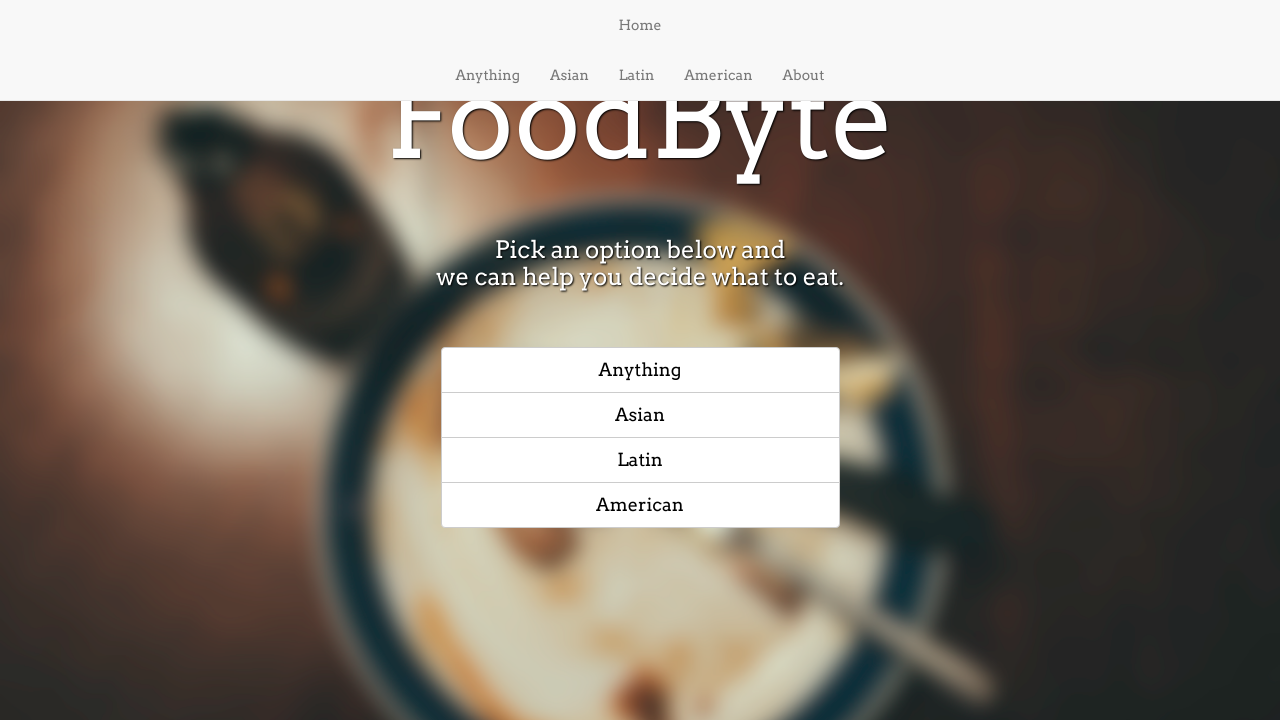
Repository: mheli/foodie
Page: index.html
The author's editor kept a record of every edit. The page is drawn from the files as they stood at one moment, then again after the next edit.
The browser window is 1280 px wide. The pictures show the whole page.
Some web libraries are served in a nearby version.

Above is the page before.

After the next edit:
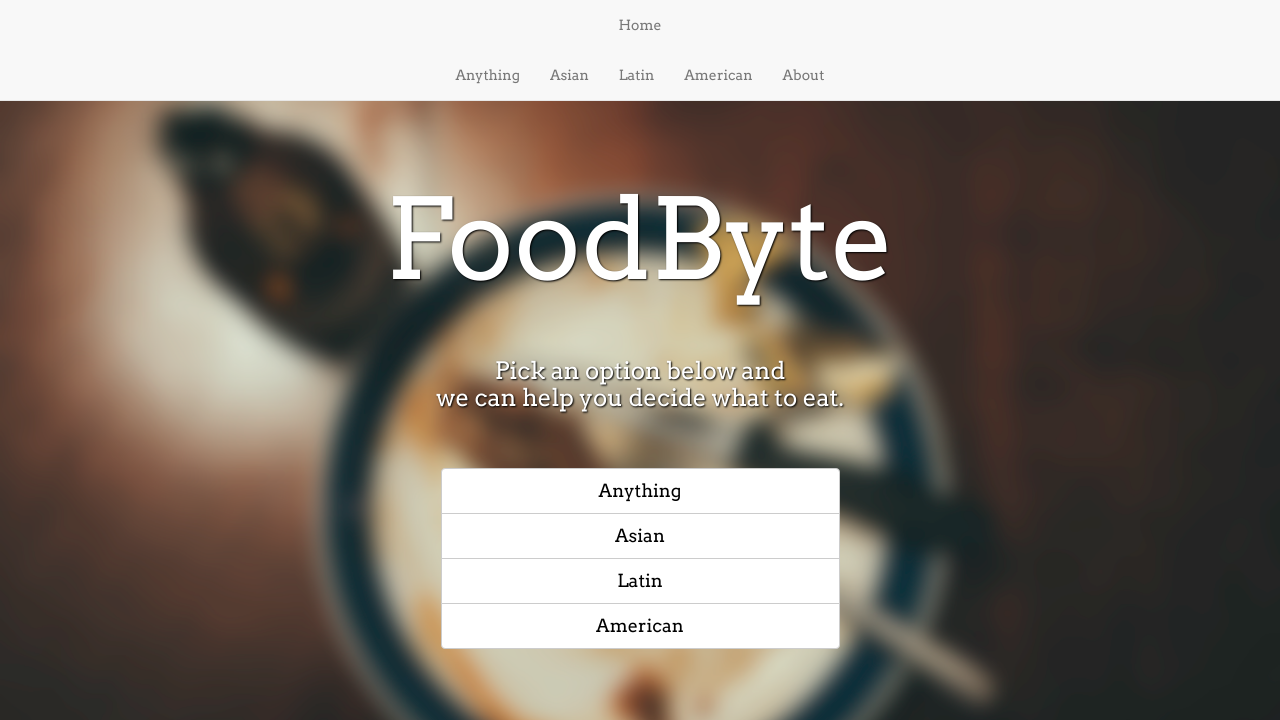
The edit:
--- a/index.html
+++ b/index.html
@@ -30,7 +30,7 @@
     <!-- Body of HTML File -->
     <body>
         <!-- Header -->
-        <div id="navbar-main" class="navbar navbar-default navbar-fixed-top">
+        <div id="navbar-main" class="navbar navbar-default navbar-static-top">
             <div class="container">
                 <div>
                     <ul class="nav navbar-nav navbar-center">
